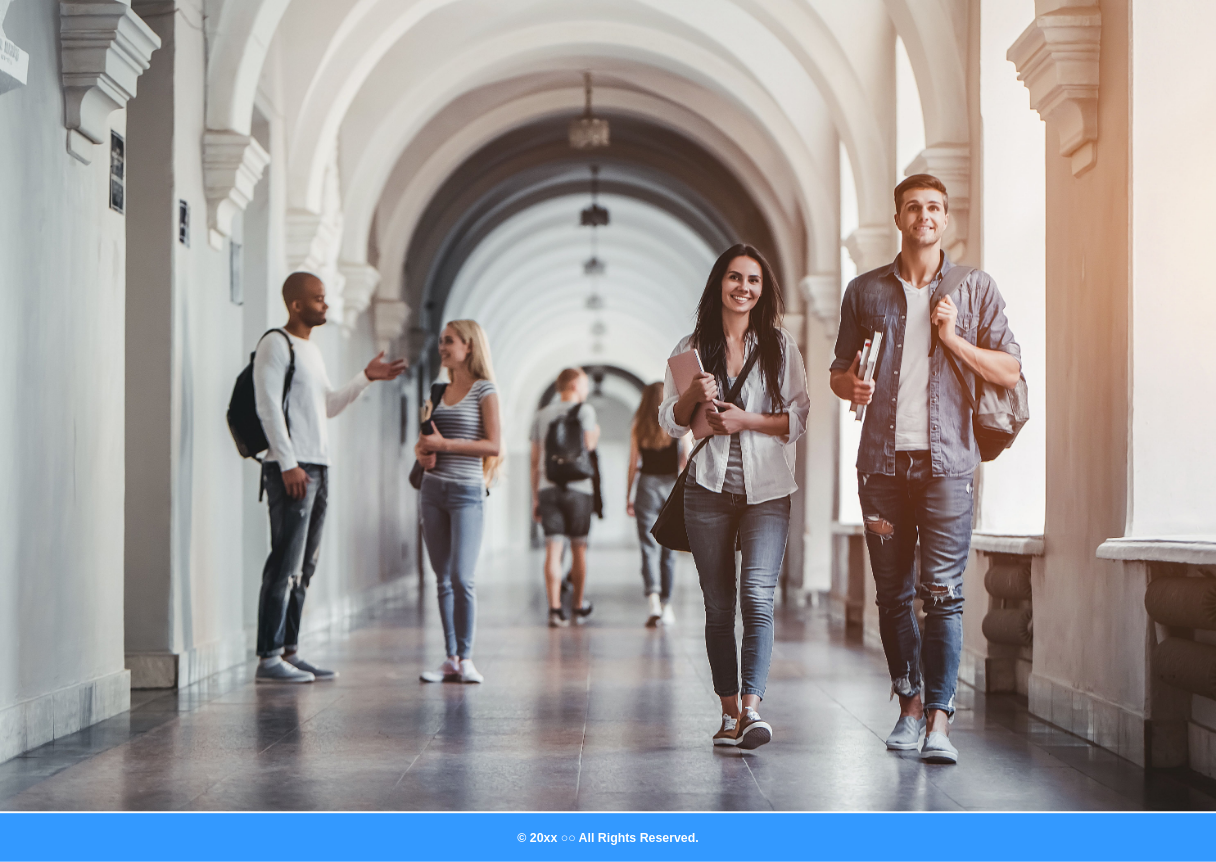
Repository: risa888/practice
Page: index.html
The author's editor kept a record of every edit. The page is drawn from the files as they stood at one moment, then again after the next edit.
The browser window is 1280 px wide. The pictures show the whole page, at 95% of full size.

Above is the page before.

### index.html
<!DOCTYPE html>
<html lang="ja">
  <head>
    <meta charset="UTF-8">
    <title>HTML/CSSの学習</title>
    <link rel="stylesheet" href="stylesheet.css">
  </head>
  <body>
    <div id="header">
    <h1><a href="index.html"><img id="corridor" src="images/samurai.jpg" alt="大学の廊下" /></a></h1>
</div>
    <div id="footer">
    <p>&copy; 20xx ○○ All Rights Reserved.</p>
</div>
  </body>
 </html>

### stylesheet.css
@charset "utf-8";

body {
	margin: 0;
	padding: 0;
	font-family: "ヒラギノ角ゴ Pro W3", "Hiragino Kaku Gothic Pro", "メイリオ", Meiryo, Osaka, "ＭＳ Ｐゴシック", "MS PGothic", sans-serif;
	color: #333;
	font-size: 13px;
	line-height: 150%;
}

/* -------------------- wrapper -------------------- */
#wrapper {
	width: 80%;
	margin: auto;
	padding: 0px;
	border: 0px;
	background-color: #FFF;
}
/* -------------------- header -------------------- */
#header {
	width: 100%;
}
#header h1 {
	margin: 0;
	padding: 0;
}

#corridor {
	width: 100%;
	height: auto;
}

/* -------------------- footer -------------------- */
#footer {
	clear: both;
	width: 100%;
	padding: 3px 0 3px 0;
	background: #39F;
	color: #FFF;
	font-weight: bold;
	text-align: center;
}

After the next edit:
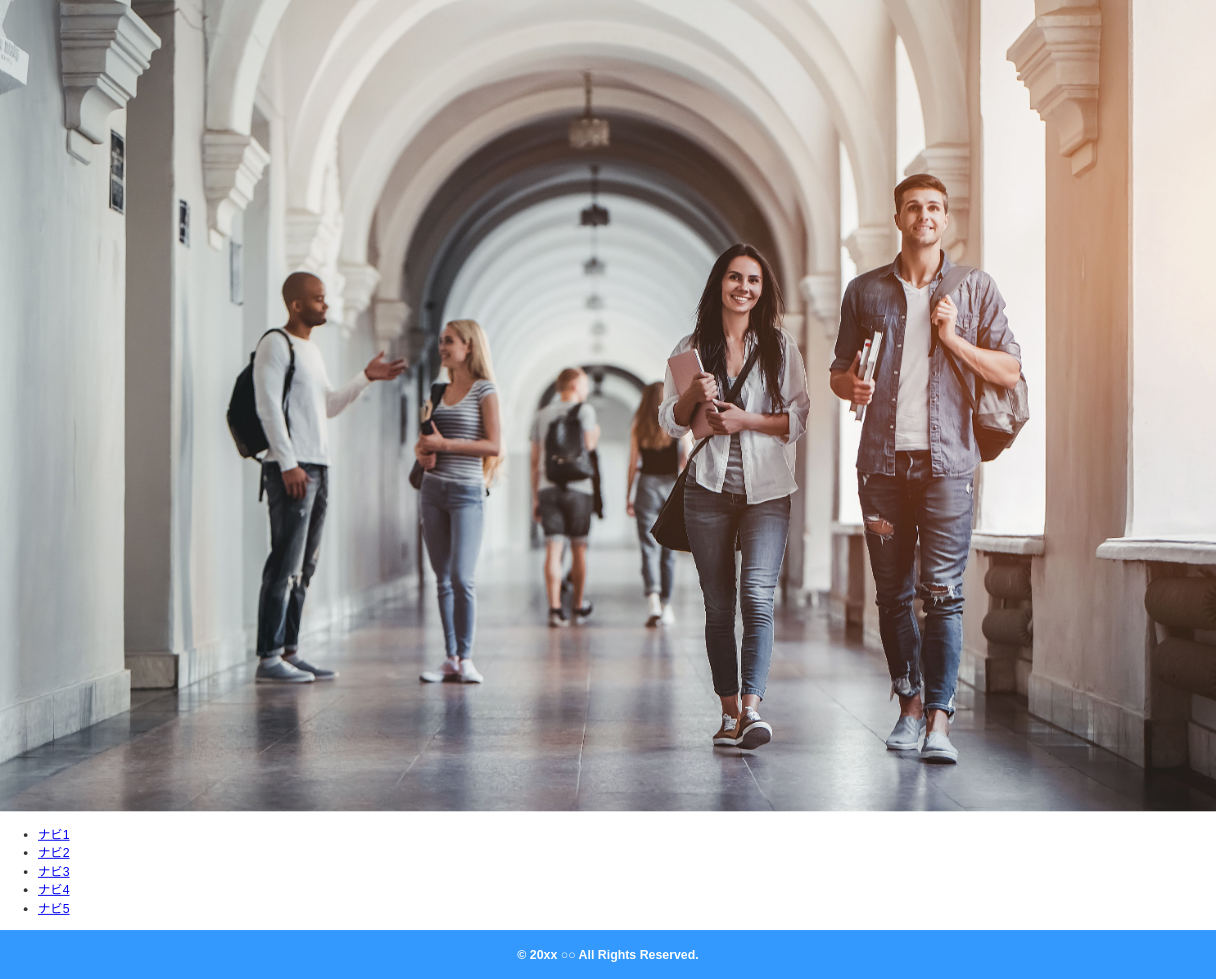
The edit:
--- a/index.html
+++ b/index.html
@@ -9,6 +9,15 @@
     <div id="header">
     <h1><a href="index.html"><img id="corridor" src="images/samurai.jpg" alt="大学の廊下" /></a></h1>
 </div>
+<div id="nav">
+    <ul>
+        <li><a href="index.html">ナビ1</a></li>
+        <li><a href="#">ナビ2</a></li>
+        <li><a href="#">ナビ3</a></li>
+        <li><a href="#">ナビ4</a></li>
+        <li><a href="#">ナビ5</a></li>
+    </ul>
+</div>
     <div id="footer">
     <p>&copy; 20xx ○○ All Rights Reserved.</p>
 </div>
